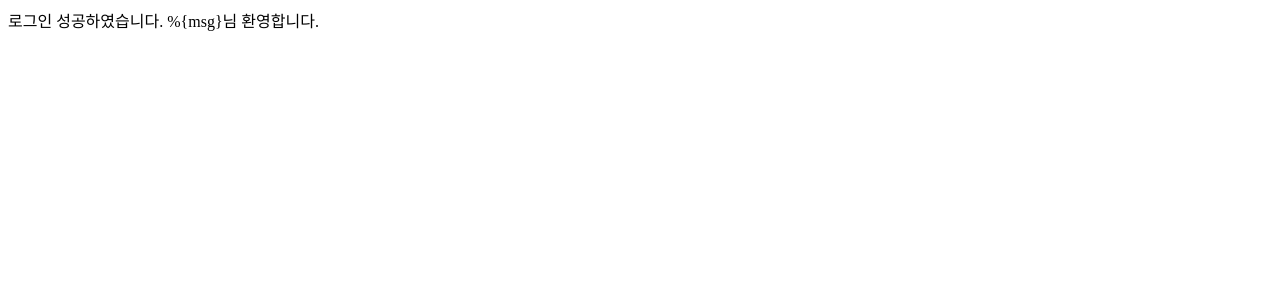
Repository: seoYee/SpringWithTeacher
Page: http://localhost/SpringDay12MVC2/login_success.jsp
An editor plug-in stored every save of this project. The page is shown before and after the next save, followed by the edit.
The browser window is 1280 px wide. The pictures show the whole page.
The page is served by Tomcat 9. Other server files are loaded and not shown.

Above is the page before, as saved 2016-12-20 06:08:35.

### SpringDay12MVC2/WebContent/login_success.jsp
<%@ page language="java" contentType="text/html; charset=UTF-8"
    pageEncoding="UTF-8"%>
<!DOCTYPE html PUBLIC "-//W3C//DTD HTML 4.01 Transitional//EN" "http://www.w3.org/TR/html4/loose.dtd">
<html>
<head>
<meta http-equiv="Content-Type" content="text/html; charset=UTF-8">
<title>Insert title here</title>
</head>
<body>
로그인 성공하였습니다.
%{msg}님 환영합니다.

</body>
</html>

After the next save:
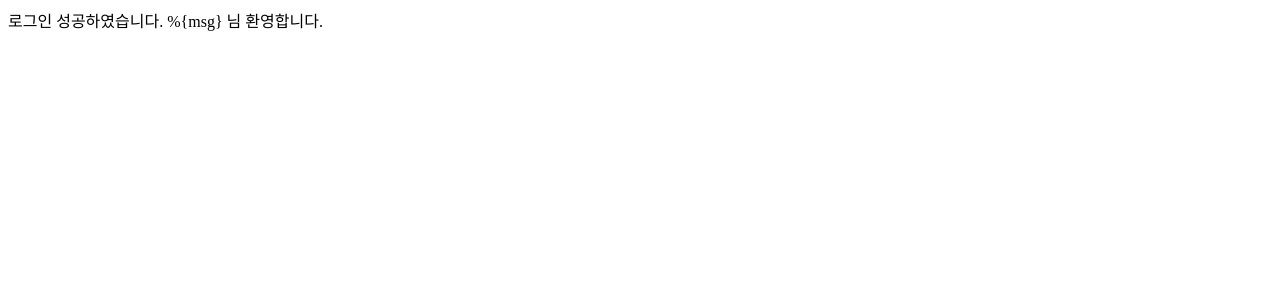
Saved 3 min 6 s later.
--- a/SpringDay12MVC2/WebContent/login_success.jsp
+++ b/SpringDay12MVC2/WebContent/login_success.jsp
@@ -8,7 +8,8 @@
 </head>
 <body>
 로그인 성공하였습니다.
-%{msg}님 환영합니다.
+%{msg}
+${loginId }님 환영합니다.
 
 </body>
 </html>
